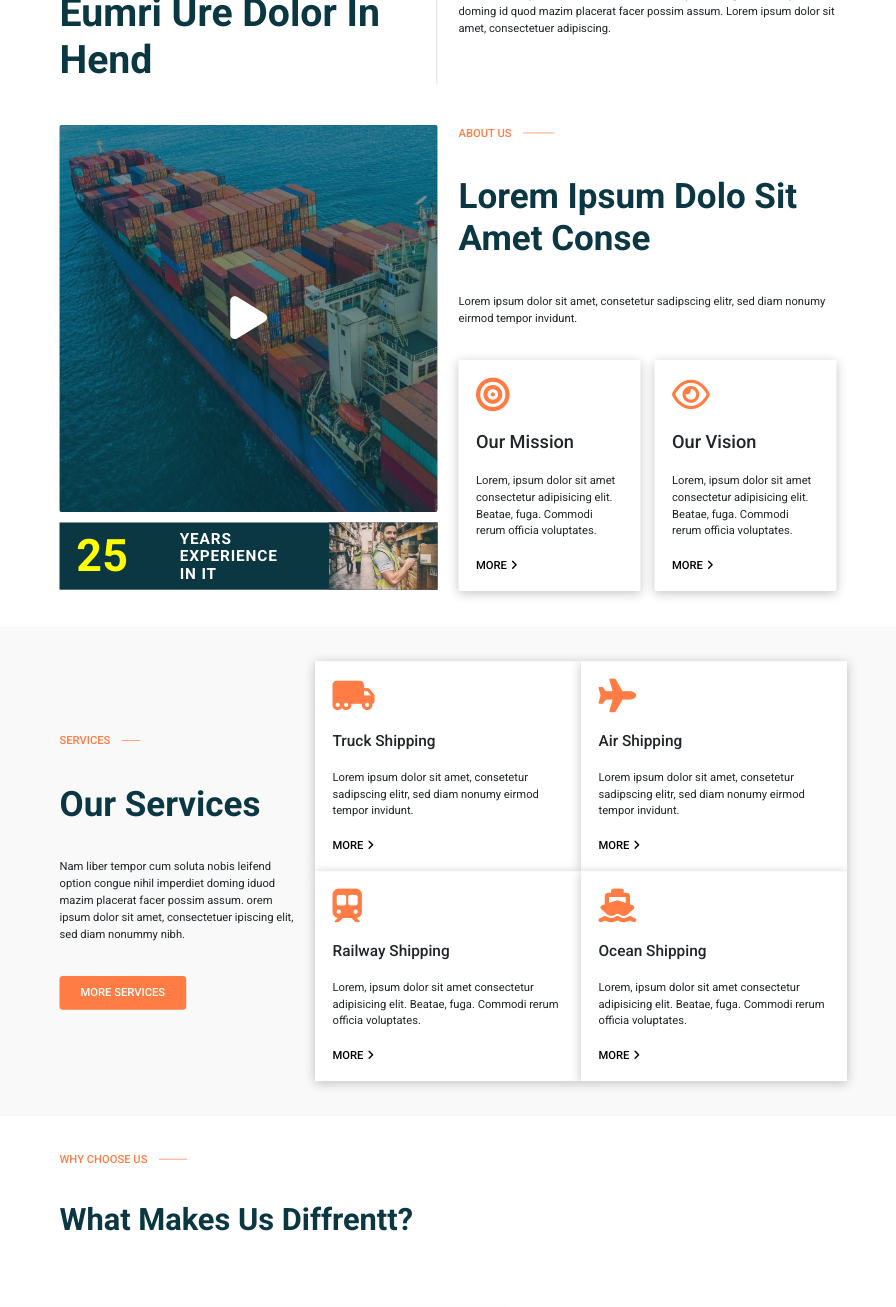
Repository: nazmulalok/shipping-theme
Page: index.html
These files come from the project's save history. The page is drawn as it stood at one moment and after the next save; the edit follows.
The browser window is 1280 px wide. The pictures show the part of the page from y = 858 to 2778 px (the page is 2725 px tall before and 2778 px after), at 70% of full size.
Some web libraries are served in a nearby version.

Above is the page before, as saved 2022-10-08 23:09:47.

### index.html
<!DOCTYPE html>
<html lang="en">

    <head>
        <meta charset="UTF-8">
        <meta http-equiv="X-UA-Compatible" content="IE=edge">
        <meta name="viewport" content="width=device-width, initial-scale=1.0">
        <link rel="preconnect" href="https://fonts.googleapis.com">
        <link rel="preconnect" href="https://fonts.gstatic.com" crossorigin>
        <link
            href="https://fonts.googleapis.com/css2?family=Roboto:ital,wght@0,300;0,400;0,500;0,700;0,900;1,300;1,400;1,500;1,700;1,900&display=swap"
            rel="stylesheet">
        <link rel="stylesheet" href="https://cdnjs.cloudflare.com/ajax/libs/font-awesome/6.2.0/css/all.min.css"
            integrity="sha512-xh6O/CkQoPOWDdYTDqeRdPCVd1SpvCA9XXcUnZS2FmJNp1coAFzvtCN9BmamE+4aHK8yyUHUSCcJHgXloTyT2A=="
            crossorigin="anonymous" referrerpolicy="no-referrer" />
        <link rel="stylesheet" href="https://cdn.jsdelivr.net/npm/bootstrap@4.0.0/dist/css/bootstrap.min.css"
            integrity="sha384-Gn5384xqQ1aoWXA+058RXPxPg6fy4IWvTNh0E263XmFcJlSAwiGgFAW/dAiS6JXm" crossorigin="anonymous">
        <link rel="stylesheet" href="style.css">
        <title>Document</title>
    </head>

    <body>
        <header class="header-top">
            <div class="container">
                <div class="top-bar">
                    <p class="m-0">Dolor sit amet, consetetur sadipscing elitr sed diam</p>
                    <div>
                        <span class="mr-4">Shipment Tracker</span>
                        <span>Login</span>
                    </div>
                </div>
                <div class="header-area">
                    <div class="logo">
                        <img src="images/box.svg" alt="Logo Box" class="me-2">
                        <img src="images/shipping-logo.svg" alt="Shipping Logo">
                    </div>
                    <nav>
                        <ul>
                            <li><a href="#">Home</a></li>
                            <li><a href="#">About Us</a></li>
                            <li><a href="#">Service</a></li>
                            <li><a href="#">Project</a></li>
                            <li><a href="#">Blog</a></li>
                            <li><a href="#">News & Events</a></li>
                            <li><a href="#">Contact Us</a></li>
                        </ul>
                    </nav>
                    <div class="nav-btn">
                        <a class="common-btn mr-3" href="#">Get A Quote</a>
                        <i class="fa-solid fa-ellipsis-vertical"></i>
                    </div>
                </div>
            </div>
        </header>
        <!-- Slider -->
        <section>
            <div class="main-slider">
                <div class="container">
                    <div class="slide-content">
                        <div class="slide-text">
                            <div class="slider-title mb-4">Lorem ips<br>
                                dolor sit ametcon<br>
                                sadips cing</div>
                            <p>Nam liber tempor cum soluta nobis eleifend option</p>
                            <div class="sliderBtn mt-5"><a class="common-btn mr-4" href="#">Get Started Now</a><a
                                    class="common-btn outline-btn" href="#">Learn More</a></div>
                        </div>
                    </div>
                </div>
            </div>
        </section>
        <!-- Slider Ends -->
        <div class="common-sec">
            <div class="container">
                <div class="row align-items-center mb-5">
                    <div class="col-lg-6">
                        <h1 class="border-heading">Duis Autem Vel Eumri
                            Ure Dolor In Hend</h1>
                    </div>
                    <div class="col-lg-6">
                        <p class="ms-4">Nam liber tempor cum soluta nobis eleifend option congue nihil imperdiet doming
                            id quod mazim
                            placerat facer possim assum. Lorem ipsum dolor sit amet, consectetuer adipiscing.</p>
                    </div>
                </div>
                <div class="row mt-5">
                    <div class="col-lg-6">
                        <div class="video-box img-box img-shadow">
                            <img src="images/ship-products.jpg" alt="Ship Products" />
                            <a data-fancybox="" href="" class="video-btn">
                                <i class="fa fa-play"></i>
                            </a>
                        </div>
                        <div class="exp-section">
                            <div class="exp-title ml-4">
                                25
                            </div>
                            <div class="exp-paragraph">
                                Years <br>Experience <br>In It
                            </div>
                            <img src="images/exp-bg.png" alt="Experience">
                        </div>
                    </div>
                    <div class="col-lg-6">
                        <span class="sp-title">About Us</span>
                        <h2 class="mb-5">Lorem Ipsum Dolo
                            Sit Amet Conse</h2>
                        <p class="mb-5">Lorem ipsum dolor sit amet, consetetur sadipscing elitr, sed diam nonumy eirmod
                            tempor
                            invidunt.</p>
                        <div class="boxes">
                            <div class="common-box">
                                <div class="content">
                                    <i class="fa-solid fa-bullseye mb-4"></i>
                                    <div class="box-title mb-4">
                                        Our Mission
                                    </div>
                                    <p class="mb-4">Lorem, ipsum dolor sit amet consectetur adipisicing elit. Beatae,
                                        fuga. Commodi
                                        rerum
                                        officia voluptates.</p>
                                    <a href="#" class="more-btn">More</a>
                                </div>
                            </div>
                            <div class="common-box">
                                <div class="content">
                                    <i class="fa-regular fa-eye mb-4"></i>
                                    <div class="box-title mb-4">
                                        Our Vision
                                    </div>
                                    <p class="mb-4">Lorem, ipsum dolor sit amet consectetur adipisicing elit. Beatae,
                                        fuga. Commodi
                                        rerum
                                        officia voluptates.</p>
                                    <a href="#" class="more-btn">More</a>
                                </div>
                            </div>
                        </div>
                    </div>
                </div>
            </div>
        </div>
        <div class="common-sec service-sec">
            <div class="container">
                <div class="row align-items-center">
                    <div class="col-lg-4">
                        <span class="sp-title">Services</span>
                        <h2 class="mb-5">Our Services</h2>
                        <p class="mb-5">Nam liber tempor cum soluta nobis leifend option congue nihil imperdiet doming
                            iduod mazim placerat facer possim assum. orem ipsum dolor sit amet, consectetuer ipiscing
                            elit, sed diam nonummy nibh.</p>
                        <a href="#" class="common-btn">More Services</a>
                    </div>
                    <div class="col-lg-8">
                        <div class="row">
                            <div class="col-lg-6 p-0">
                                <div class="common-box">
                                    <div class="content">
                                        <i class="fa-solid fa-truck-moving mb-4"></i>
                                        <div class="box-title mb-4">
                                            Truck Shipping
                                        </div>
                                        <p class="mb-4">Lorem ipsum dolor sit amet, consetetur sadipscing elitr, sed
                                            diam nonumy eirmod tempor invidunt.</p>
                                        <a href="#" class="more-btn">More</a>
                                    </div>
                                </div>
                            </div>
                            <div class="col-lg-6 p-0">
                                <div class="common-box">
                                    <div class="content">
                                        <i class="fa-solid fa-plane mb-4"></i>
                                        <div class="box-title mb-4">
                                            Air Shipping
                                        </div>
                                        <p class="mb-4">Lorem ipsum dolor sit amet, consetetur sadipscing elitr, sed
                                            diam nonumy eirmod tempor invidunt.</p>
                                        <a href="#" class="more-btn">More</a>
                                    </div>
                                </div>
                            </div>
                            <div class="col-lg-6 p-0">
                                <div class="common-box">
                                    <div class="content">
                                        <i class="fa-solid fa-train-subway mb-4"></i>
                                        <div class="box-title mb-4">
                                            Railway Shipping
                                        </div>
                                        <p class="mb-4">Lorem, ipsum dolor sit amet consectetur adipisicing elit.
                                            Beatae,
                                            fuga. Commodi
                                            rerum
                                            officia voluptates.</p>
                                        <a href="#" class="more-btn">More</a>
                                    </div>
                                </div>
                            </div>
                            <div class="col-lg-6 p-0">
                                <div class="common-box">
                                    <div class="content">
                                        <i class="fa-solid fa-ship mb-4"></i>
                                        <div class="box-title mb-4">
                                            Ocean Shipping
                                        </div>
                                        <p class="mb-4">Lorem, ipsum dolor sit amet consectetur adipisicing elit.
                                            Beatae,
                                            fuga. Commodi
                                            rerum
                                            officia voluptates.</p>
                                        <a href="#" class="more-btn">More</a>
                                    </div>
                                </div>
                            </div>
                        </div>
                    </div>
                </div>
            </div>
        </div>
        <div class="common-sec why-choose-sec">
            <div class="container">
                <div class="row align-items-center">
                    <div class="col-lg-6">
                        <span class="sp-title">Why Choose Us</span>
                        <h3 class="mb-5">What Makes Us
                            Diffrentt?</h3>
                    </div>
                    <div class="col-lg-6"></div>
                </div>
            </div>
        </div>














        <script src="https://code.jquery.com/jquery-3.2.1.slim.min.js"
            integrity="sha384-KJ3o2DKtIkvYIK3UENzmM7KCkRr/rE9/Qpg6aAZGJwFDMVNA/GpGFF93hXpG5KkN"
            crossorigin="anonymous"></script>
        <script src="https://cdn.jsdelivr.net/npm/popper.js@1.12.9/dist/umd/popper.min.js"
            integrity="sha384-ApNbgh9B+Y1QKtv3Rn7W3mgPxhU9K/ScQsAP7hUibX39j7fakFPskvXusvfa0b4Q"
            crossorigin="anonymous"></script>
        <script src="https://cdn.jsdelivr.net/npm/bootstrap@4.0.0/dist/js/bootstrap.min.js"
            integrity="sha384-JZR6Spejh4U02d8jOt6vLEHfe/JQGiRRSQQxSfFWpi1MquVdAyjUar5+76PVCmYl"
            crossorigin="anonymous"></script>
    </body>

</html>

### style.css
/* Common CSS Starts*/
*,
*::before,
*::after {
    box-sizing: border-box;
    margin: 0;
    padding: 0;
}

html {
    scroll-behavior: smooth;
}

:root {
    --main-color: #FF7D44;
    --secondary-color: #0B3742;
    --tertiary-color: #FFFFFF;
}

body {
    font-family: 'Roboto', sans-serif;
}

a.white-space {
    white-space: nowrap;
}

/* Common CSS Ends */

/* slider style starts */

.main-slider>* {
    z-index: 10;
}

.main-slider {
    background: url(images/shipping-banner.jpg);
    height: 700px;
    width: 100%;
    background-size: cover;
    background-repeat: no-repeat;
    background-position: center;
    position: relative;
    display: flex;
    align-items: center;
    transition: all 1s;
    margin-top: -155px;
    z-index: 50;
}

.main-slider:before {
    content: '';
    width: 100%;
    height: 100%;
    top: 0;
    left: 0;
    position: absolute;
    background-color: rgb(11 55 66 / 55%);
    z-index: 1;
}

.slide-content {
    text-align: center;
}

.slide-text {
    color: var(--tertiary-color);
    padding-top: 100px;
}

.slider-title {
    font-size: 4rem;
    font-weight: 600;
    line-height: 4.5rem;
    text-transform: uppercase;
}

.slide-text p {
    font-size: 20px;
}

a.common-btn {
    display: inline-block;
    text-decoration: none;
    color: var(--tertiary-color);
    background: var(--main-color);
    padding: 12px 30px;
    border-radius: 5px;
    font-size: 16px;
    font-weight: 500;
    text-transform: uppercase;
    transition: all 1s ease;
}

a.common-btn:hover {
    background: var(--tertiary-color);
    color: var(--secondary-color);
}

a.common-btn.outline-btn {
    background: transparent !important;
    border: 1px solid var(--tertiary-color);
}

a.common-btn.outline-btn:hover {
    background: var(--tertiary-color) !important;
}

/* Header style starts */

.header-top {
    z-index: 100;
    background: transparent;
    position: relative;
}

.top-bar,
.header-area {
    display: flex;
    justify-content: space-between;
    align-items: center;
    color: var(--tertiary-color);
}

.top-bar {
    padding: 20px 0px;
}

.header-area {
    background: var(--tertiary-color);
    padding: 15px 20px;
    border-radius: 3px;
}

nav ul {
    list-style-type: none;
    color: var(--secondary-color);
    display: flex;
    gap: 1.7rem;
    margin: 0;
}

nav ul a {
    color: var(--secondary-color);
    text-decoration: none;
    font-size: 16px;
    font-weight: 500;
    transition: all 0.5s;
}

nav ul a:hover {
    color: var(--main-color);
    transition: all 0.5s;
}

.nav-btn {
    align-items: center;
    display: flex;
}

.nav-btn i {
    color: var(--tertiary-color);
    font-size: 21px;
    background: gray;
    padding: 13px 15px;
    border-radius: 5px;
}

/* Headings Styles */

h1 {
    font-size: 56px;
}

h2 {
    font-size: 50px;
}

h3 {
    font-size: 44px;
}

h4 {
    font-size: 38px;
}

h5 {
    font-size: 32px;
}

h6 {
    font-size: 26px;
}

h1,
h2,
h3,
h4,
h5,
h6 {
    font-weight: 700;
    margin-bottom: 10px;
    color: var(--secondary-color);
}

/* Section Styles */

.py-50,
.common-sec {
    padding-top: 50px;
    padding-bottom: 50px;
}

.common-sec {
    position: relative;
    z-index: 0;
    overflow: hidden;
}

.common-sec:nth-child(even):before {
    content: "";
    position: absolute;
    width: 1000%;
    height: 100%;
    top: 50%;
    left: 50%;
    transform: translate(-50%, -50%);
    background-color: #f9f9f9;
    border-bottom: 1px solid #f6f6f6;
    z-index: -1;
}

/* Image box style */

.img-box {
    border-radius: 3px;
    transition: 0.5s;
    margin-bottom: 15px;
    text-align: center;
    position: relative;
}

.img-box img {
    border-radius: 3px;
}

.img-box:last-child {
    margin-bottom: 0;
}

figure.img-box img+figcaption {
    margin-top: 10px;
    text-align: left;
    padding: 10px;
    border-radius: 3px;
    box-shadow: -5px 5px 20px 0 rgb(0 0 0 / 5%);
}

.img-box.img-shadow:before {
    content: '';
    width: 100%;
    height: 100%;
    position: absolute;
    top: 0;
    left: 0;
    background-color: rgb(11 55 66 / 55%);
    border-radius: 3px;
}

/* Video Box */

.video-box {
    position: relative;
}

.video-box img {
    border-radius: 3px;
    width: 100%;
}

.video-btn {
    position: absolute;
    text-align: center;
    color: var(--tertiary-color);
    font-size: 30px;
    border: none;
    left: 50%;
    top: 50%;
    -webkit-transform: translate(-50%, -50%);
    transform: translate(-50%, -50%);
    display: flex;
    justify-content: center;
    align-items: center;
    text-decoration: none !important;
    box-shadow: none;
    transition: 0.5s;
}

.video-btn .fa-play {
    color: var(--tertiary-color);
    position: relative;
    z-index: 99;
    -webkit-transition: color 0.5s;
    transition: 0.5s;
    text-decoration: none;
    line-height: 80px;
    font-size: 70px;
}

.video-btn:hover {
    color: inherit;
}

.video-btn:hover .fa-play {
    color: var(--main-color);
}

.video-btn:before,
.video-btn:after {
    display: none;
}

/* Common Box Styles */

.common-box {
    box-shadow: rgb(0 0 0 / 24%) 0px 3px 15px;
    height: 100%;
    background-color: #fff;
    border-radius: 3px;
    transition: all 0.5s ease;
}

.common-box>.img-box {
    margin-bottom: 0;
}

.common-box .common-heading:last-child,
.common-box p:last-child,
.common-box ul:last-child,
.common-box ul:last-child li:last-child,
.common-box .img-box:last-child {
    margin-bottom: 0;
}

.common-box>.content {
    padding: 25px;
}

/* Other CSS Starts */

.border-heading {
    border-right: 2px solid #E8E8E8;
}

.sp-title {
    display: flex;
    text-transform: uppercase;
    color: var(--main-color);
    font-weight: 500;
    align-items: center;
    margin-bottom: 3rem;
}

.sp-title:after {
    content: '';
    width: 20px;
    height: 1px;
    background: var(--main-color);
    flex: 0.1;
    margin-left: 1rem;
}

.boxes {
    display: grid;
    grid-template-columns: 1fr 1fr;
    grid-gap: 20px;
}

.common-box i {
    color: var(--main-color);
    font-size: 48px;
}

.common-box .box-title {
    font-size: 26px;
    font-weight: 500;
}

.common-box:hover {
    background-color: var(--main-color);
    color: var(--tertiary-color);
    transition: all 0.5s ease;
}

.common-box:hover i {
    color: var(--tertiary-color);
    transition: all 1s ease;
}

.exp-section {
    background: var(--secondary-color);
    display: flex;
    align-items: center;
    justify-content: space-between;
}

.exp-section .exp-title {
    color: #FFFF00;
    font-size: 64px;
    font-weight: 600;
    letter-spacing: 0.5px;
}

.exp-section .exp-paragraph {
    color: var(--tertiary-color);
    font-size: 22px;
    font-weight: 600;
    line-height: normal;
    text-transform: uppercase;
    letter-spacing: 1.2px;
}

.exp-section img {
    width: 155px;
}

a.more-btn {
    display: inline-block;
    color: #000;
    font-size: 16px;
    font-weight: 500;
    text-transform: uppercase;
    text-decoration: none;
}

a.more-btn:after {
    content: '\f105';
    font-family: 'FontAwesome';
    margin-left: 5px;

}

.common-box:hover a.more-btn {
    color: var(--tertiary-color);
}

/* Service Section */

.service-sec .common-box {
    border-radius: 0px;
}

.service-sec .common-box .box-title {
    font-size: 22px;
    font-weight: 500;
}

After the next save:
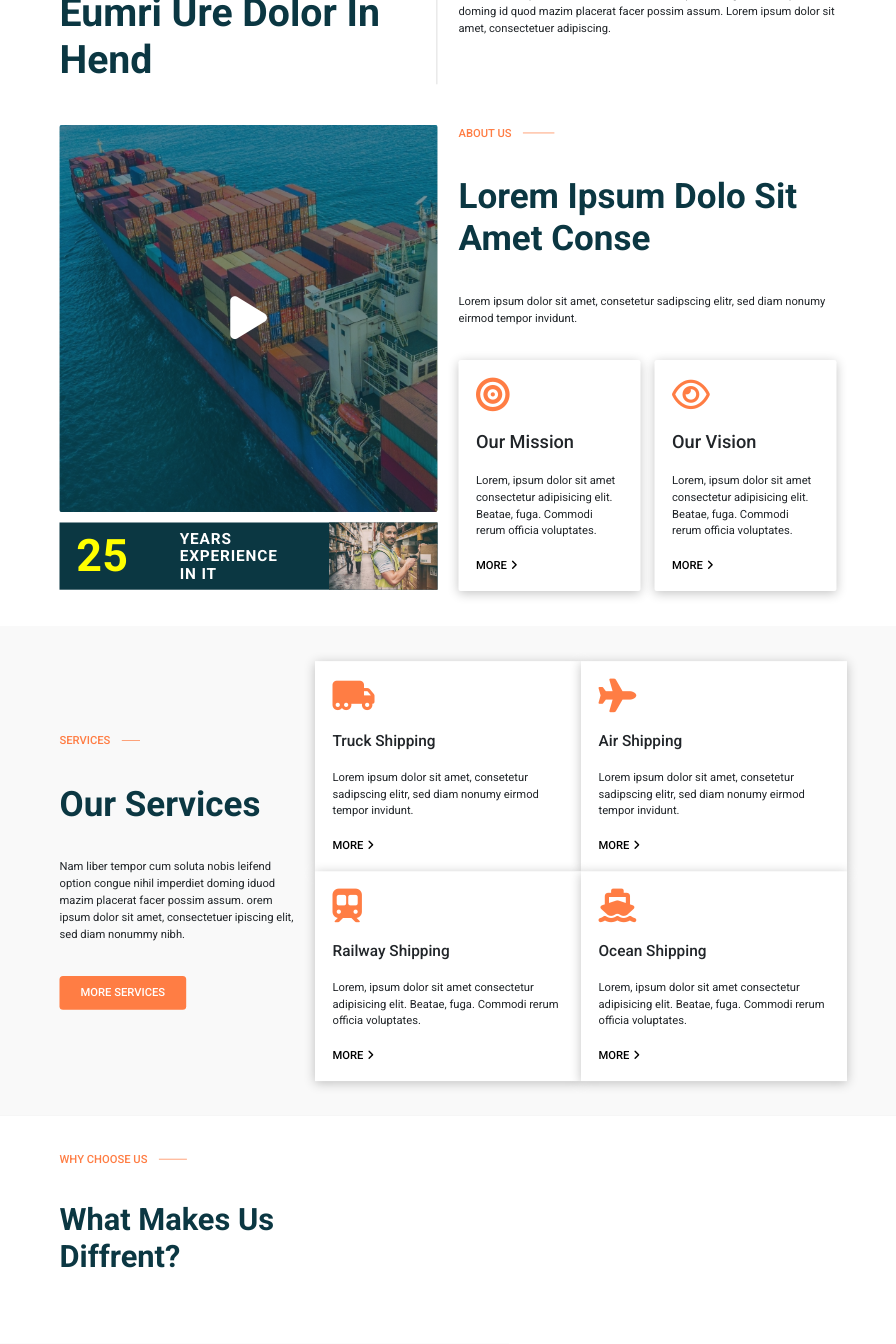
Saved 19 s later.
--- a/index.html
+++ b/index.html
@@ -221,8 +221,8 @@
                 <div class="row align-items-center">
                     <div class="col-lg-6">
                         <span class="sp-title">Why Choose Us</span>
-                        <h3 class="mb-5">What Makes Us
-                            Diffrentt?</h3>
+                        <h3 class="mb-5">What Makes Us <br>
+                            Diffrent?</h3>
                     </div>
                     <div class="col-lg-6"></div>
                 </div>
